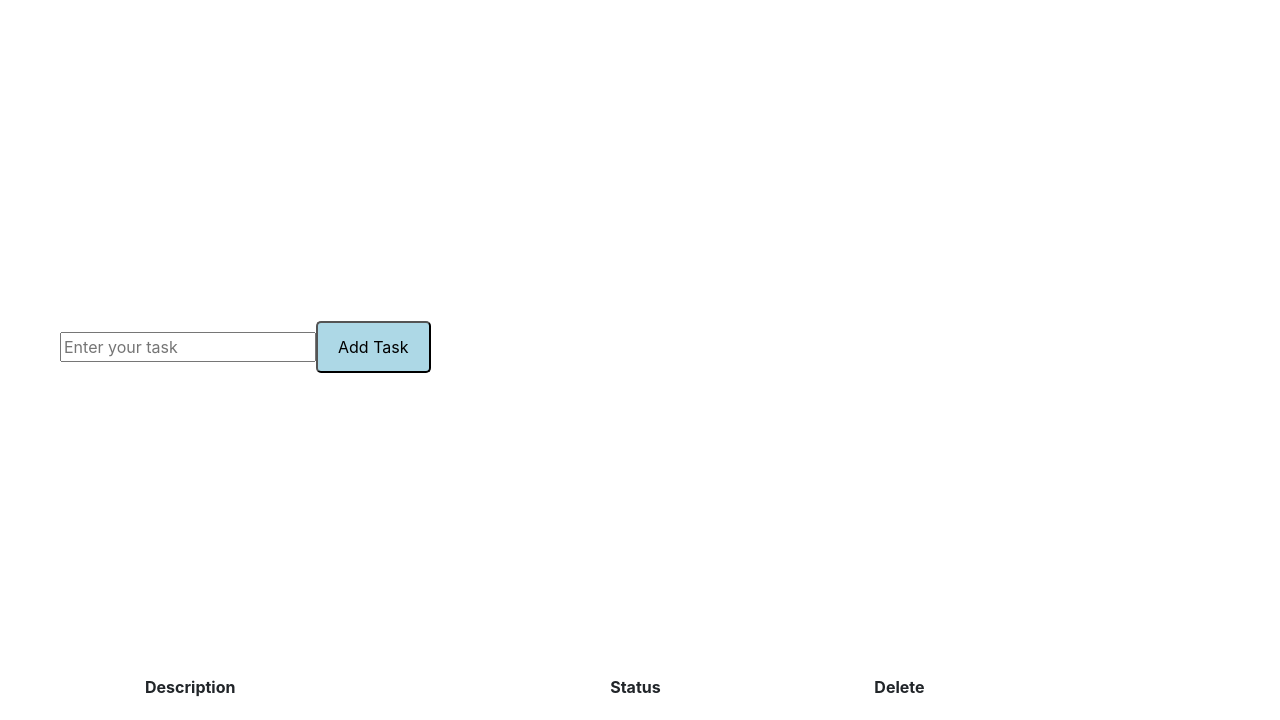
Repository: 12Arc/todoapp
Page: / (app in client/)
The author's editor kept a copy of each file at every save. The page is drawn from the files as they stood at one save, then again after a run of saves.
The browser window is 1280 px wide. The pictures show the whole page.
The page's requests for data from a server got no answer. Some web libraries are served in a nearby version. The project was rebuilt for these pictures with package versions that can differ from the ones it lists, and the page was loaded fresh each time. No one was signed in, and anything a server would have sent is missing.

Above is the page before, as saved 2024-05-14 00:02:48.

After the next 3 saves:
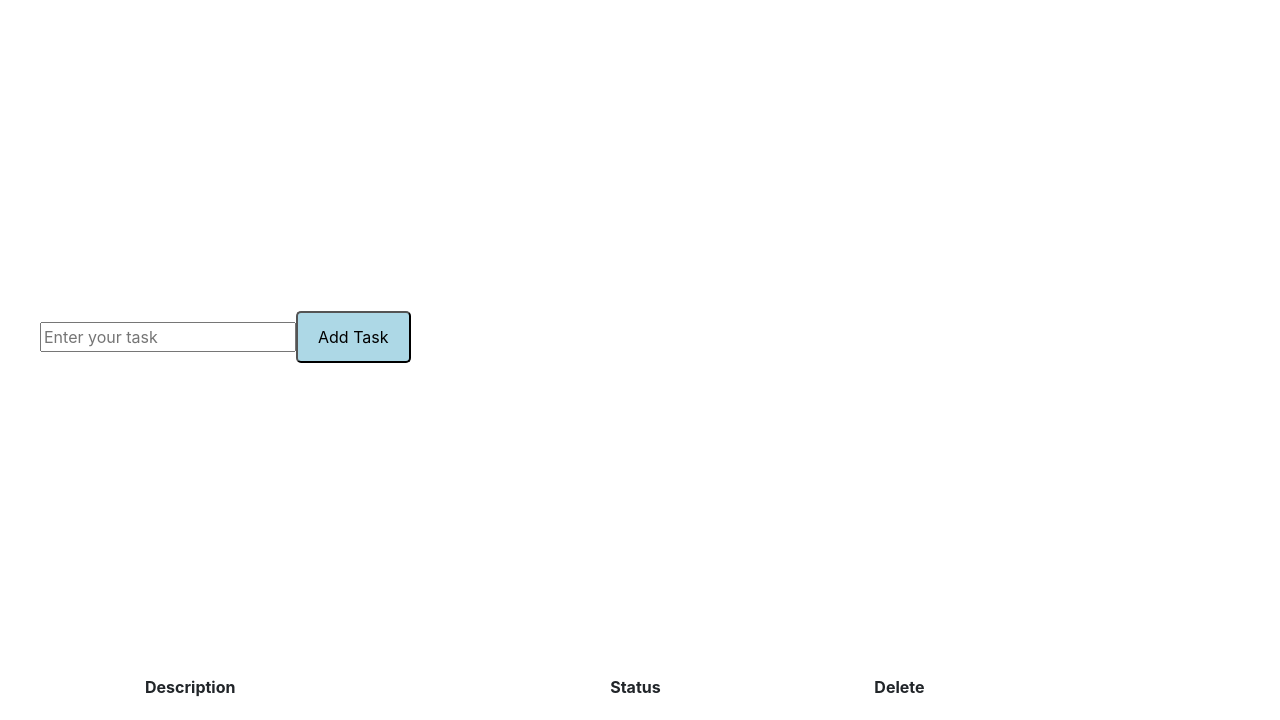
The 3 saves are shown as one change because they came seconds apart.
The last was saved 15 s later.
--- a/client/src/styles.css
+++ b/client/src/styles.css
@@ -7,7 +7,7 @@
 }
 
 
-  .box, .inputbox {
+  .box{
     width: 100%; /* Use full width to ensure alignment */
     display: block; /* Ensures that elements stack vertically */
     margin: auto; /* Center the box horizontally */
